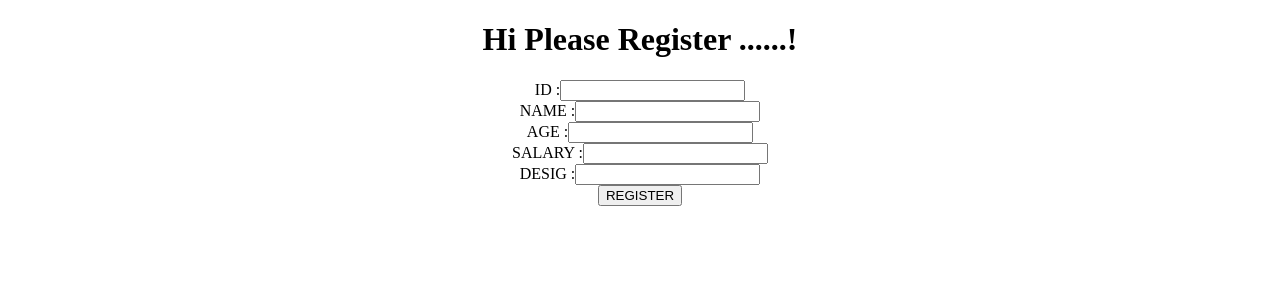
Repository: Thaneshwara848/E-Y
Page: Jdbc-Servlet-Jsp/Webemo5/src/main/webapp/Register.html
An editor plug-in stored every save of this project. The page is shown before and after the next save, followed by the edit.
The browser window is 1280 px wide. The pictures show the whole page.

Above is the page before, as saved 2023-05-22 04:40:21.

### Jdbc-Servlet-Jsp/Webemo5/src/main/webapp/Register.html
<!DOCTYPE html>
<html>
<head>
<meta charset="UTF-8">
<title>Insert title here</title>
</head>
<body>
<div style="text-align: center;">
	<h1> Hi Please Register ......!</h1>
	<form action="">

		ID 	:<input type="text"  name="uid"><br>
		NAME :<input type="text"  name="uname"><br>
		AGE   :<input type="text"  name="uage"><br>
		SALARY :<input type="text"  name="usalary"><br>
		DESIG  :<input type="text"  name="udesig"><br>

		<input type="submit" value="REGISTER"><br>


	</form>
</div>

</body>
</html>

After the next save:
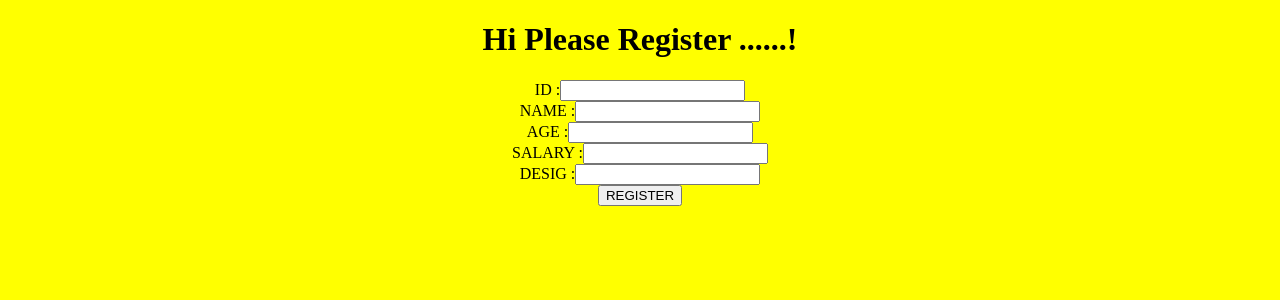
Saved 19 s later.
--- a/Jdbc-Servlet-Jsp/Webemo5/src/main/webapp/Register.html
+++ b/Jdbc-Servlet-Jsp/Webemo5/src/main/webapp/Register.html
@@ -4,7 +4,7 @@
 <meta charset="UTF-8">
 <title>Insert title here</title>
 </head>
-<body>
+<body bgcolor="yellow">
 <div style="text-align: center;">
 	<h1> Hi Please Register ......!</h1>
 	<form action="">
